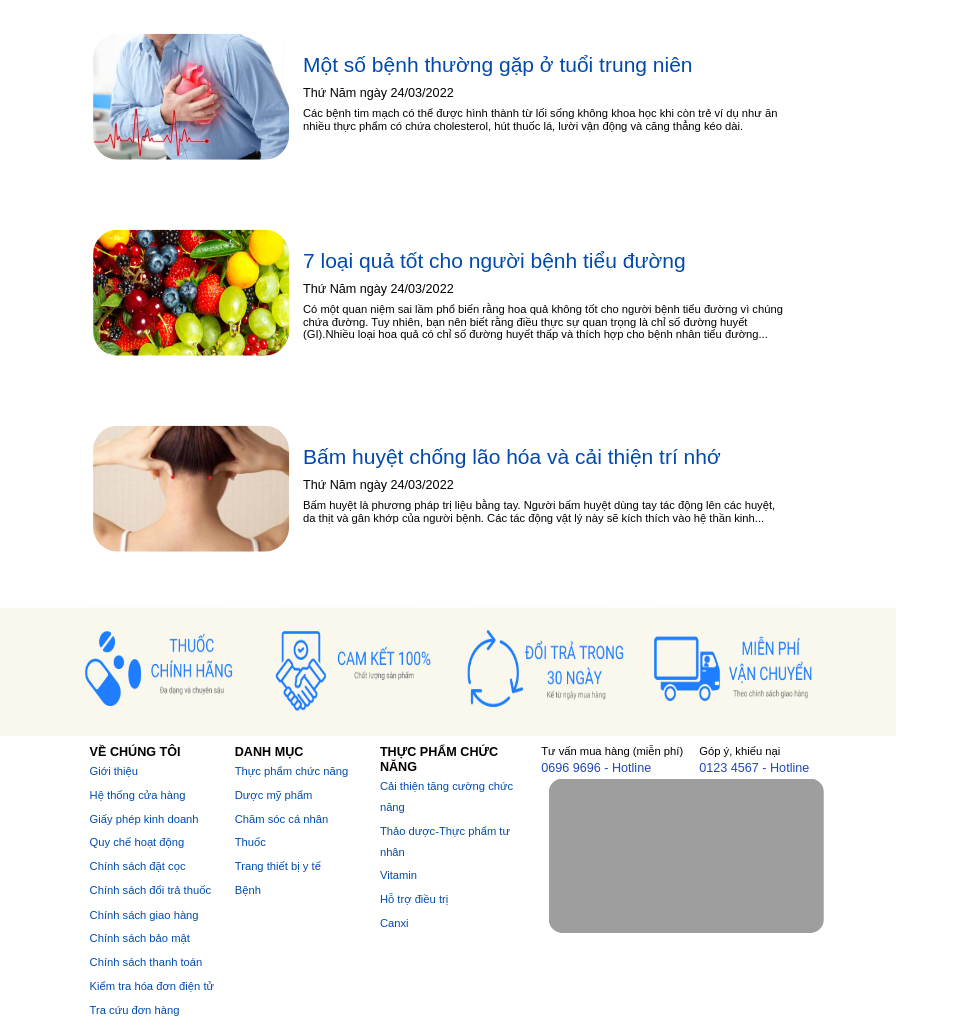
Repository: ViralAIWorks/TamAnPharmacy.github.io
Page: pages/suckhoe.html
The author's editor kept a copy of each file at every save. The page is drawn from the files as they stood at one save, then again after the next save.
The browser window is 1280 px wide. The page is 1280 px wide, then 1370 px, so the pictures cover 1370 px, including what lies to the right of the window. The pictures show the part of the page from y = 1123 to 2883 px (the page is 2583 px tall before and 2883 px after), at 70% of full size.
Pictures or frames that could not be fetched are drawn as grey boxes. Some web fonts or font styles are not loaded; a fallback is used.

Above is the page before, as saved 2022-03-23 18:10:08.
Console error: ReferenceError: Swiper is not defined

After the next save:
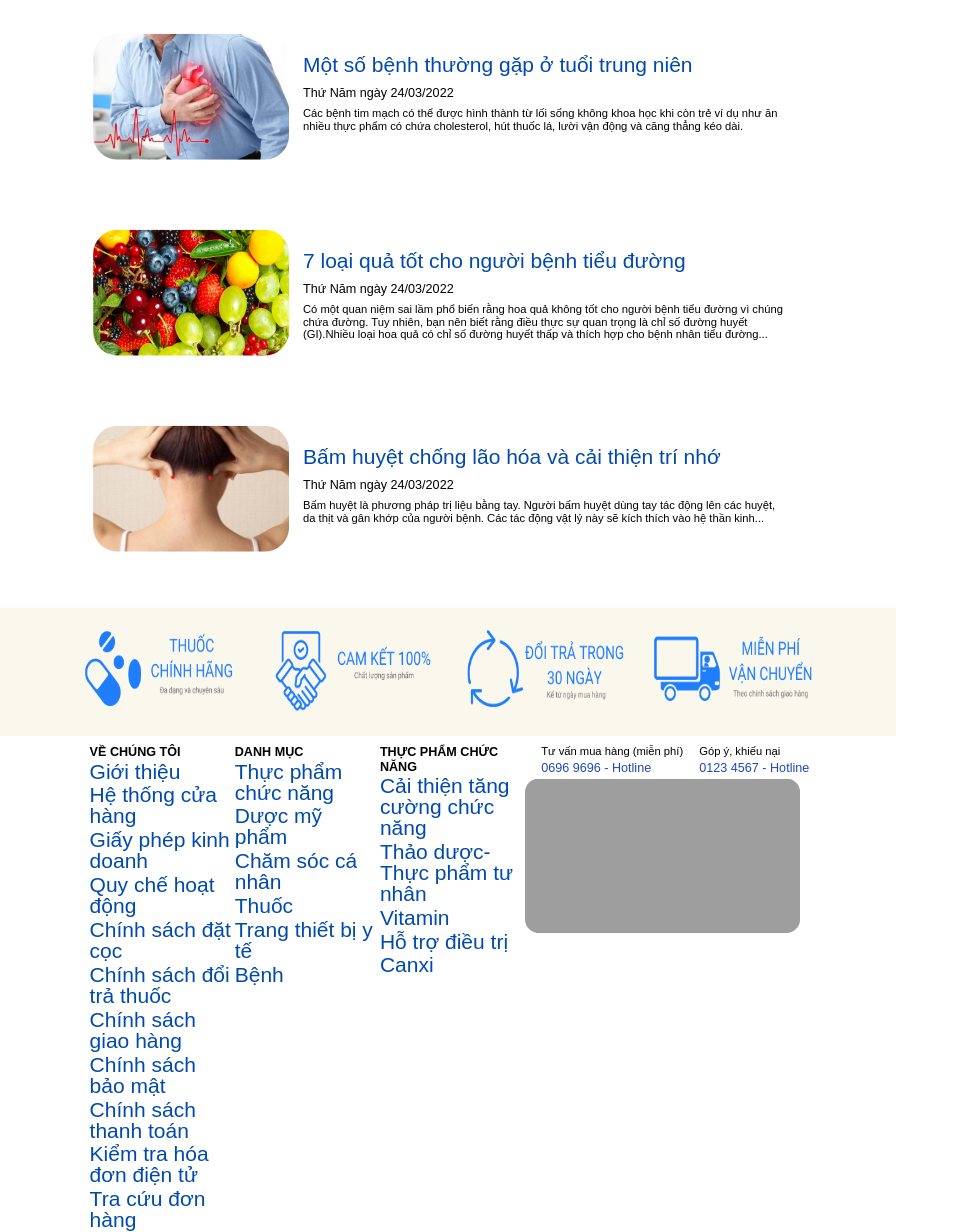
Saved 22 s later.
--- a/pages/suckhoe.html
+++ b/pages/suckhoe.html
@@ -7,7 +7,6 @@
     <meta name="viewport" content="width=device-width, initial-scale=1.0">
     <title>Sức Khỏe</title>
     <link href="images/logo/Tâm An Pharmacy.png" rel="icon" />
-    <link href="../style/style_trangchu.css" rel="stylesheet" />
     <link rel="stylesheet" href="https://cdnjs.cloudflare.com/ajax/libs/font-awesome/5.15.4/css/all.min.css" />
     <link href="./style/style_cactrang.css" rel="stylesheet" />
 
